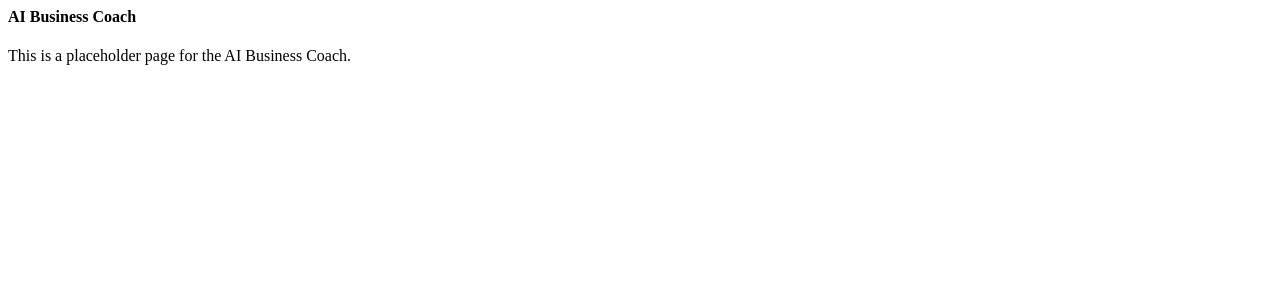
Repository: tonym642/bizcore360-wp
Page: pages/aicoach.html
These files come from the project's save history. The page is drawn as it stood at one moment and after the next save; the edit follows.
The browser window is 1280 px wide. The pictures show the whole page.

Above is the page before, as saved 2025-10-21 16:11:59.

After the next save:
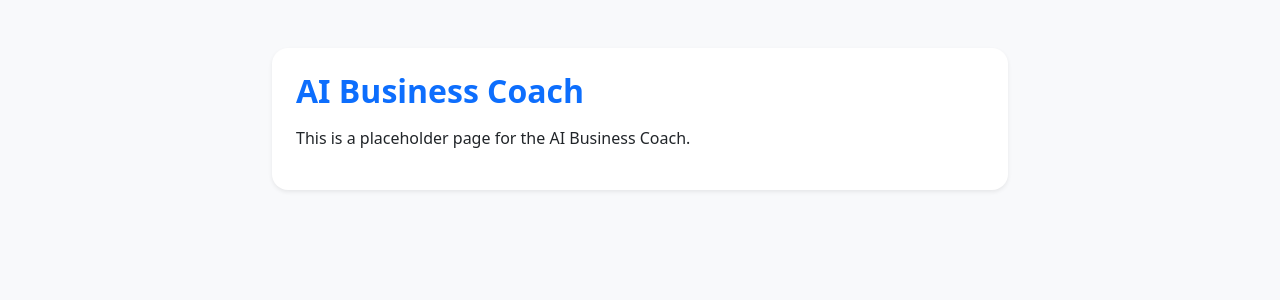
Saved 6 s later.
--- a/pages/aicoach.html
+++ b/pages/aicoach.html
@@ -1,9 +1,24 @@
 
-<div class="container-fluid p-4">
-  <div class="card shadow-sm rounded-3">
-    <div class="card-body">
-      <h4 class="fw-semibold text-primary mb-3">AI Business Coach</h4>
-      <p>This is a placeholder page for the AI Business Coach.</p>
+<!DOCTYPE html>
+<html lang="en">
+<head>
+  <meta charset="UTF-8">
+  <meta name="viewport" content="width=device-width, initial-scale=1.0">
+  <title>AI Business Coach</title>
+  <link href="https://cdn.jsdelivr.net/npm/bootstrap@5.3.2/dist/css/bootstrap.min.css" rel="stylesheet">
+  <link href="../assets/css/style.css" rel="stylesheet">
+</head>
+<body>
+  <div class="container py-5">
+    <div class="row justify-content-center">
+      <div class="col-lg-8">
+        <div class="card shadow-sm p-4 rounded-4" id="aiCoachCard">
+          <h2 class="mb-3 fw-bold text-primary">AI Business Coach</h2>
+          <p>This is a placeholder page for the AI Business Coach.</p>
+        </div>
+      </div>
     </div>
   </div>
-</div>
+  <script src="https://cdn.jsdelivr.net/npm/bootstrap@5.3.2/dist/js/bootstrap.bundle.min.js"></script>
+</body>
+</html>
